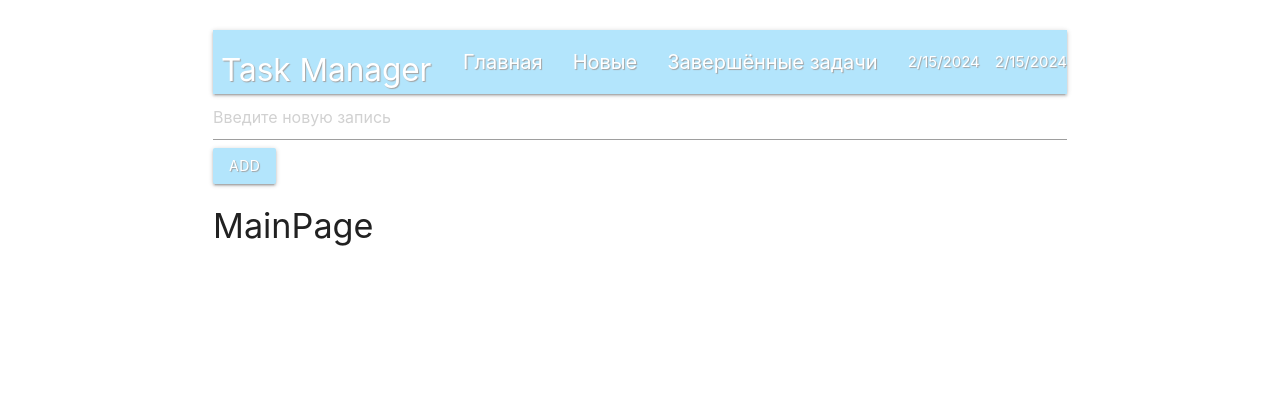
Repository: iveivs/myReactTaskManager
Page: /
An editor plug-in stored every save of this project. The page is shown before and after the next save, followed by the edit.
The browser window is 1280 px wide. The pictures show the whole page.
The project was rebuilt for these pictures with package versions that can differ from the ones it lists, and the page was loaded fresh each time. Also part of the build but not shown: vite.config.js, src/components/DoneTasks.jsx, src/components/NewTasks.jsx.

Above is the page before, as saved 2024-02-15 15:09:59.

### index.html
<!doctype html>
<html lang="en">
  <head>
    <meta charset="UTF-8" />
    <link rel="icon" type="image/svg+xml" href="/vite.svg" />
    <meta name="viewport" content="width=device-width, initial-scale=1.0" />
    <link rel="stylesheet" href="https://cdnjs.cloudflare.com/ajax/libs/materialize/1.0.0/css/materialize.min.css">
    <link href="https://fonts.googleapis.com/icon?family=Material+Icons" rel="stylesheet">
    <title>Task Manager</title>
  </head>
  <body>
    <div id="root"></div>
    <script type="module" src="/src/main.jsx"></script>
  </body>
</html>

### src/main.jsx
import React from 'react'
import ReactDOM from 'react-dom/client'
import { BrowserRouter } from 'react-router-dom';
import App from './App.jsx'
import './index.css'

ReactDOM.createRoot(document.getElementById('root')).render(
  <BrowserRouter>
    <App />
  </BrowserRouter>,
)

### src/App.jsx
import { useState, useEffect } from 'react'
import { Routes, Route } from 'react-router-dom'
import './App.css'
import DoneTasks from './components/DoneTasks'
import Header from './components/Header'
import MainPage from './components/MainPage'
import NewTasks from './components/NewTasks'
import { DataContext } from './components/DataContext'

function App() {
  const [input, setInput] = useState('')
  const [tasks, setTasks] = useState()


  // localStorage.setItem('tasks', JSON.stringify(tasks))
  const renderLocalStorageData = () => {
    const data = localStorage.getItem("tasks")
    console.log(data);
    if (data) {
        return JSON.parse(data);
    } else {
        return []
    }
}

useEffect(()=> {
  setTasks(renderLocalStorageData)
}, [])

  const handleChange = (event) => {
    setInput(event.target.value)
  }

  const handleClick = () => {
    let id = tasks.length > 0 ? tasks[tasks.length - 1].id + 1 : 1
    const newTask = {
      task: input,
      id: id
    }
    // console.log('newTask',newTask);

    setTasks([...tasks, newTask])

    localStorage.setItem('tasks', JSON.stringify(tasks))

    setInput('')
    console.log('tasks',tasks);
  }

  return (
    <>
    <DataContext.Provider value={{
      tasks,
      setTasks
    }}>
      <div className="container">
        <Header  />
        <input
          placeholder='Введите новую запись'
          className='inputMain'
          value={input}
          onChange={(e) => handleChange(e)}
          type="text" />
        <button className='btn light-blue lighten-4' onClick={handleClick}>ADD</button>
        <Routes>
          <Route index element={<MainPage />} />
          <Route path="/new" element={<NewTasks />} />
          <Route path="/done" element={<DoneTasks  />} />
        </Routes>

        {/* { input && <h4>{input}</h4> } */}
        {/* { tasks && (
          tasks.map(e => <p key={e}>task: {e}</p>)
        )} */}
      </div>
      </DataContext.Provider>
    </>
  )
}

export default App

### src/index.css

.nav-wrapper {
    padding-left: 8px;
    text-shadow: 1px 1px 1px #a3a3a3;
    /* display: flex ;
    flex-direction: row;
    justify-content: space-between;
    align-items: center; */
}
.nav-wrapper ul li {
    font-size: 24px !important;
}
.listItem{
    font-size: 18px !important;
}
.btn {
    text-shadow: 1px 1px 1px #a3a3a3;
}

/* nav {
    background-color: #b3e5fc
} */

### src/App.css
#root {
  max-width: 1280px;
  margin: 0 auto;
  padding: 2rem;

}

### src/components/Header.jsx
import { Link } from "react-router-dom";
import DateElement from "./DateElement";

export default function Header() {
    return (
        <nav className="light-blue lighten-4">
            <div className="nav-wrapper">
                <h4 className="brand-logo">
                    Task Manager
                </h4>
                {/* <* id="nav-mobile" className="right hide-on-med-and-down"> */}
                <ul className="right">
                    <li className="listItem" >
                        <Link style={{fontSize: '20px'}} to="/">Главная</Link>
                    </li>
                    <li>
                        <Link style={{fontSize: '20px'}} to="/new">Новые</Link>
                    </li>
                    <li>
                        <Link style={{fontSize: '20px'}} to="/done">Завершённые задачи</Link>
                    </li>
                    <li >
                        <Link> {<DateElement  />}</Link>
                    </li>
                    <DateElement  />
                </ul>

            </div>
        </nav>
    );
}

// export default function Header() {
//     document.addEventListener('DOMContentLoaded', function() {
//         const elems = document.querySelectorAll('.sidenav');
//         var instances = M.Sidenav.init(elems, options);
//     });

//     return (
//         <>
//             <nav>
//                 <div className="nav-wrapper">
//                     <a href="#!" className="brand-logo">Logo</a>
//                     <a href="#" data-target="mobile-demo" className="sidenav-trigger"><i className="material-icons">menu</i></a>
//                     <ul className="right hide-on-med-and-down">
//                         <li>
//                             <Link to="/">Главная</Link>
//                         </li>
//                         <li>
//                             <Link to="/new">Новые</Link>
//                         </li>
//                         <li>
//                             <Link to="/done">Завершённые</Link>
//                         </li>
//                         <li>
//                             <DateElement  />
//                         </li>
//                     </ul>
//                 </div>
//             </nav>

//             <ul className="sidenav" id="mobile-demo">
//                 <li>Sass</li>
//                 <li><a href="badges.html">Components</a></li>
//                 <li><a href="collapsible.html">Javascript</a></li>
//                 <li><a href="mobile.html">Mobile</a></li>
//             </ul>
//         </>

//     );
// }

### src/components/MainPage.jsx
import { useEffect } from "react"
import { DataContext } from "./DataContext"
import { useContext } from "react"

export default function MainPage () {
    const { tasks } = useContext(DataContext)
    // console.log(tasks);
    return (
        <div>
            <h4>MainPage</h4>
            { tasks && (
                tasks.map(task => (
                    <p key={task.id }>main task test: {task.task}</p>
                ))
            )}
        </div>
    )
}

### src/components/DataContext.js
import { createContext } from "react"
const initialState = {
    tasks: [],
    loading: false,
    setTasks: () => {
    }
}

export const DataContext = createContext(initialState)

### src/components/DateElement.jsx
import { useEffect, useState } from "react"

export default function DateElement () {
    const [now, setNow] = useState(new Date())

    useEffect
    return (
        <>
            {/* <i className="material-icons">date_range</i>  */}
            {/* <p>{now.toLocaleDateString()}</p> */}
            {now.toLocaleDateString()}

        </>
    )
}

After the next save:
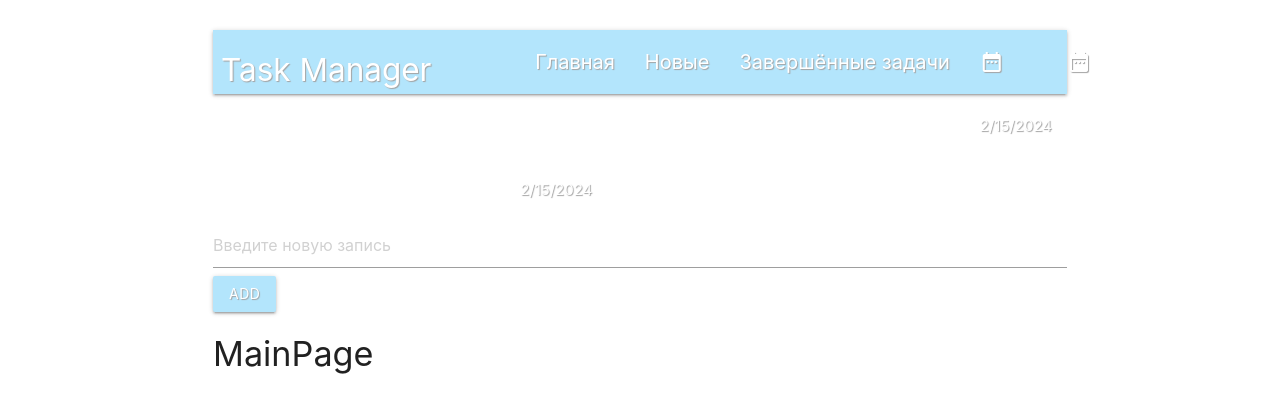
Saved 6 s later.
--- a/src/components/DateElement.jsx
+++ b/src/components/DateElement.jsx
@@ -6,7 +6,7 @@
     useEffect
     return (
         <>
-            {/* <i className="material-icons">date_range</i>  */}
+            <i className="material-icons">date_range</i>
             {/* <p>{now.toLocaleDateString()}</p> */}
             {now.toLocaleDateString()}
 

After the 2 saves that followed:
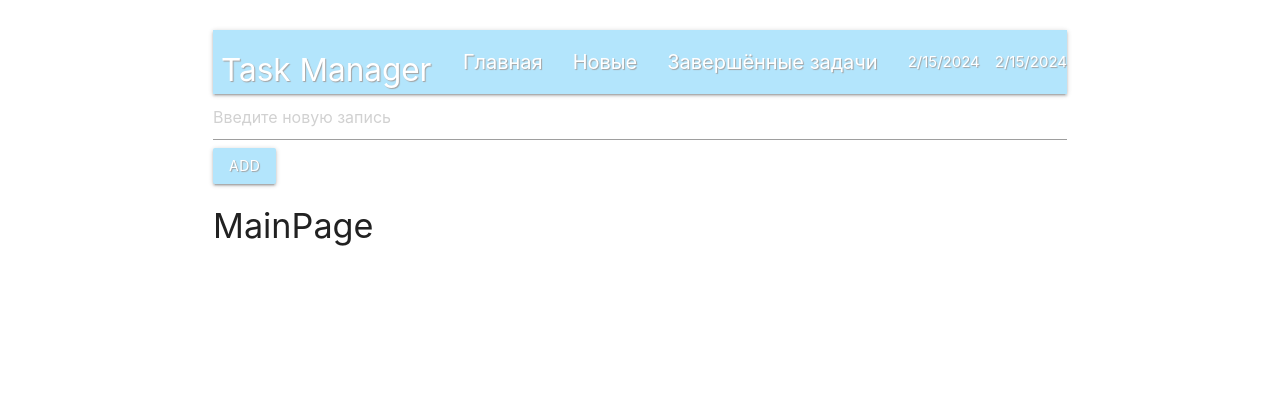
The 2 saves are shown as one change because they came seconds apart.
The last was saved 27 s later.
--- a/src/components/DateElement.jsx
+++ b/src/components/DateElement.jsx
@@ -6,7 +6,7 @@
     useEffect
     return (
         <>
-            <i className="material-icons">date_range</i>
+
             {/* <p>{now.toLocaleDateString()}</p> */}
             {now.toLocaleDateString()}
 
